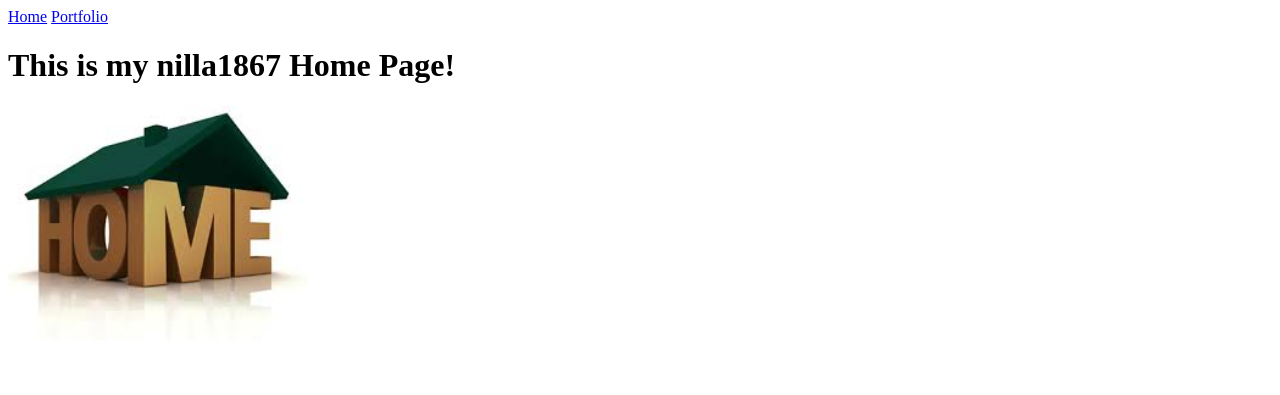
Repository: nilla1867/nilla1867.github.io
Page: my_website/index.html
The author's editor kept a record of every edit. The page is drawn from the files as they stood at one moment, then again after the next edit.
The browser window is 1280 px wide. The pictures show the whole page.

Above is the page before.

### my_website/index.html
<!doctype html>
<html lang="en">
  <head
    <meta charset="utf-8">
    <title>Home</title>
  </head>
  <body>
    <a href="index.html">Home</a>
    <a href="portfolio.html">Portfolio</a>
    <h1>This is my nilla1867 Home Page!</h1>
    <img src="images/home.jpg" height="250">
  </body>
</html>

After the next edit:
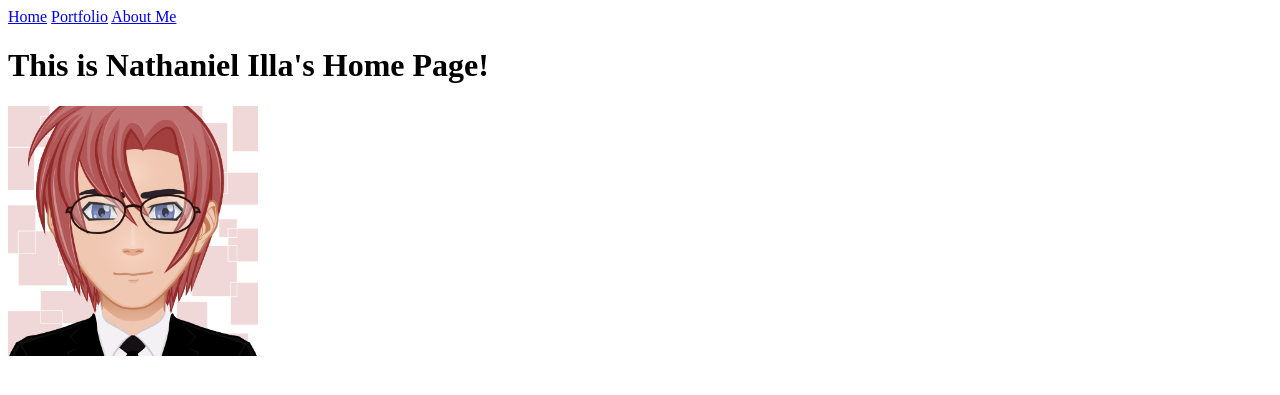
The edit:
--- a/my_website/index.html
+++ b/my_website/index.html
@@ -7,7 +7,8 @@
   <body>
     <a href="index.html">Home</a>
     <a href="portfolio.html">Portfolio</a>
-    <h1>This is my nilla1867 Home Page!</h1>
-    <img src="images/home.jpg" height="250">
+    <a href="About Nathaniel Illa.html">About Me</a>
+    <h1>This is Nathaniel Illa's Home Page!</h1>
+    <img src="images/myAvatar.png" height="250">
   </body>
 </html>
